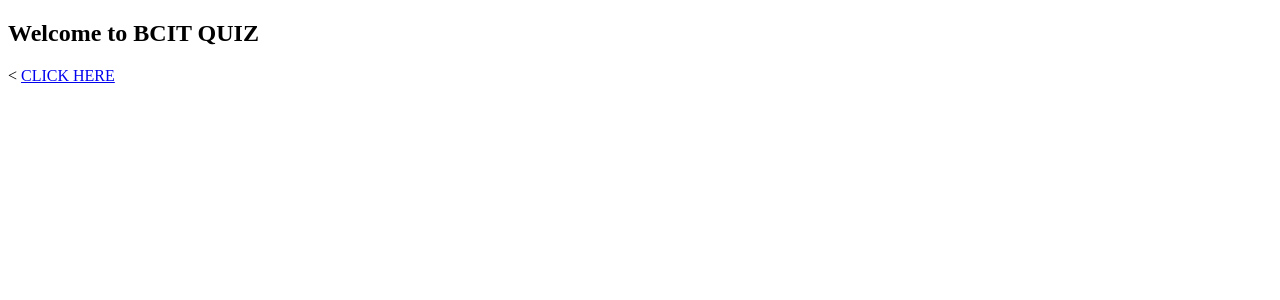
Repository: RenataDzotova/Trivia-BCIT
Page: index.html
The author's editor kept a copy of each file at every save. The page is drawn from the files as they stood at one save, then again after the next save.
The browser window is 1280 px wide. The pictures show the whole page.
The page's requests for data from a server got no answer.

Above is the page before, as saved 2022-10-24 12:16:50.

After the next save:
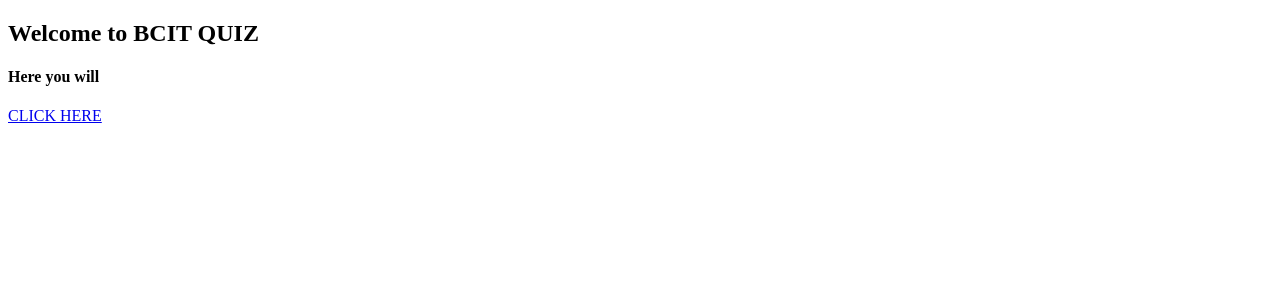
Saved 10 s later.
--- a/index.html
+++ b/index.html
@@ -9,7 +9,7 @@
 </head>
 <body>
     <h2>Welcome to BCIT QUIZ </h2>
-    <
+    <h4>Here you will </h4>
     <a href={res}>CLICK HERE</a>
 </body>
 <script>
